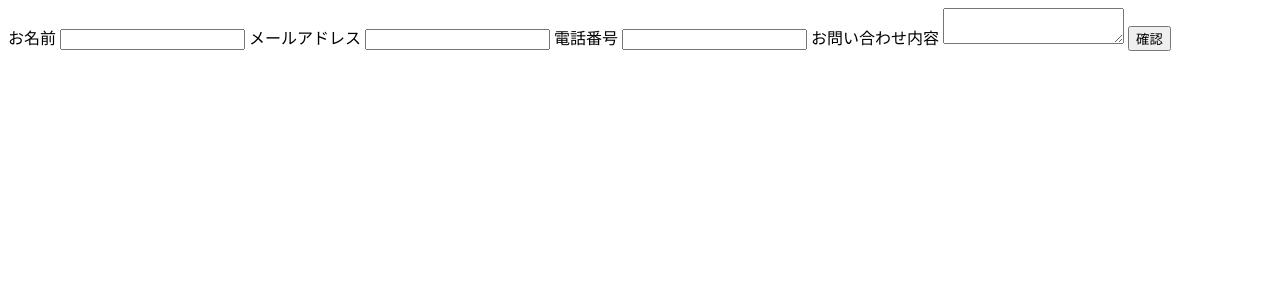
Repository: daytime/php_5days_challenge
Page: http://localhost/form.php
These files come from the project's save history. The page is drawn as it stood at one moment and after the next save; the edit follows.
The browser window is 1280 px wide. The pictures show the whole page.
The page is run by PHP 8.4 with error messages shown; the project is at /var/www/html/.

Above is the page before, as saved 2025-02-06 12:28:39.

After the next save:
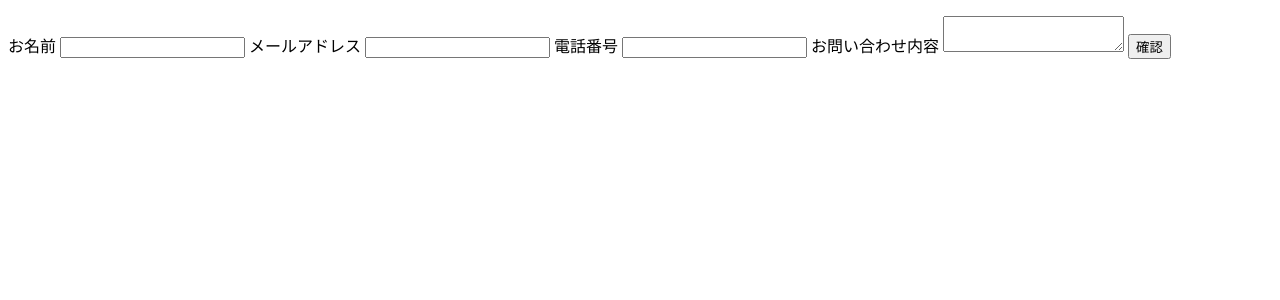
Saved 33 s later.
--- a/form.php
+++ b/form.php
@@ -8,7 +8,7 @@
 <body>
     <main>
         <form name="form1" method="post" action="confirm.php">
-            <label for="name">お名前</label>
+            <p></p><label for="name">お名前</label>
             <input type="text" name="name" id="name" required>
             <label for="email">メールアドレス</label>
             <input type="email" name="email" id="email" required>
